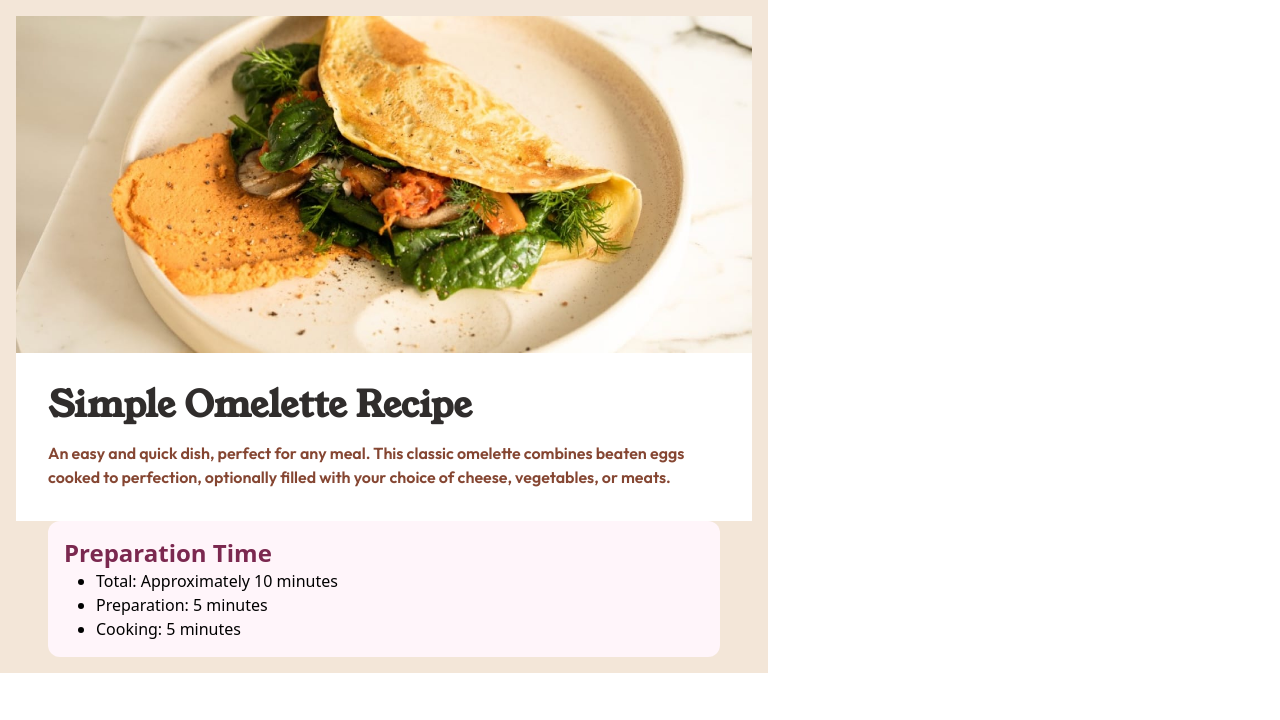
Repository: nivrii/recipe-page-main
Page: /
These files come from the project's save history. The page is drawn as it stood at one moment and after the next save; the edit follows.
The browser window is 1280 px wide. The pictures show the whole page.
The project was rebuilt for these pictures with package versions that can differ from the ones it lists, and the page was loaded fresh each time. Also part of the build but not shown: vite.config.js, src/index.css.

Above is the page before, as saved 2024-03-23 14:34:16.

After the next save:
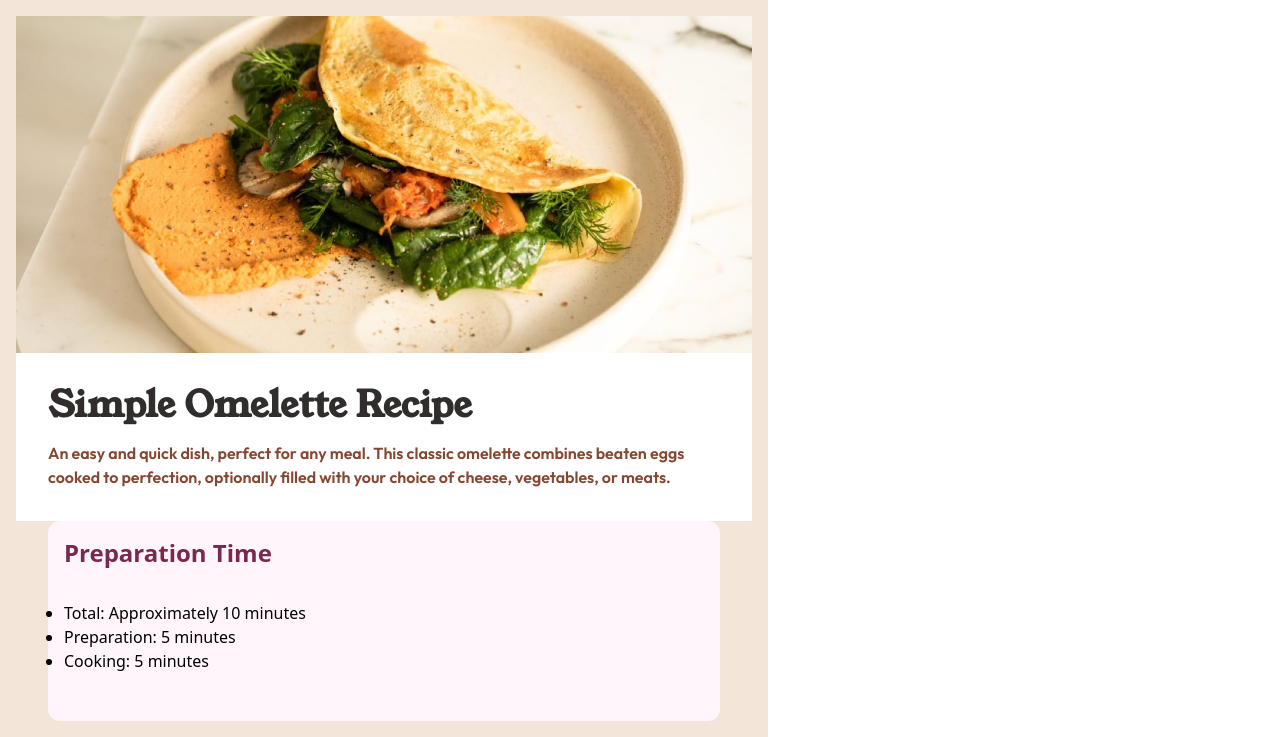
Saved 4 s later.
--- a/src/App.jsx
+++ b/src/App.jsx
@@ -21,7 +21,7 @@
         <h1 className="text-left text-darkRaspberry text-2xl font-bold">
           Preparation Time
         </h1>
-        <ul className="list-disc px-8">
+        <ul className="list-disc py-8">
           <li><span>Total:</span> Approximately 10 minutes</li>
           <li><span>Preparation:</span> 5 minutes</li>
           <li><span>Cooking:</span> 5 minutes</li>

After the save that followed:
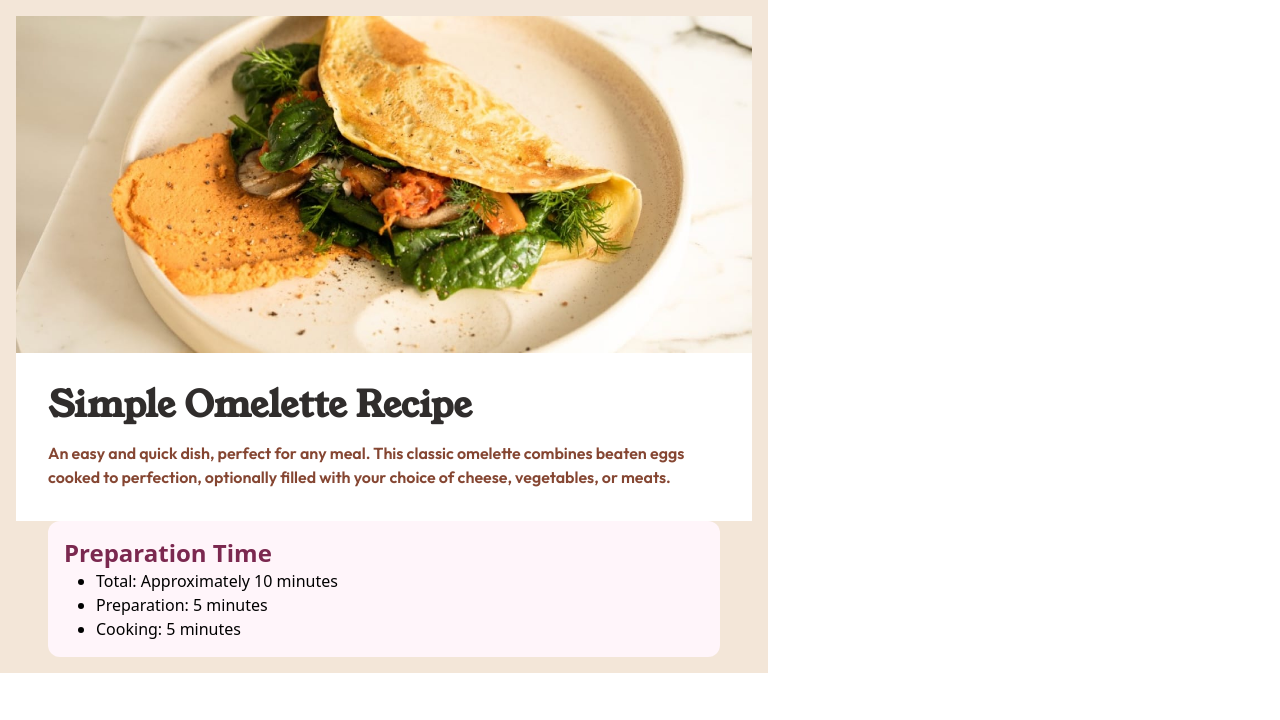
Saved 4 s later.
--- a/src/App.jsx
+++ b/src/App.jsx
@@ -21,7 +21,7 @@
         <h1 className="text-left text-darkRaspberry text-2xl font-bold">
           Preparation Time
         </h1>
-        <ul className="list-disc py-8">
+        <ul className="list-disc px-8">
           <li><span>Total:</span> Approximately 10 minutes</li>
           <li><span>Preparation:</span> 5 minutes</li>
           <li><span>Cooking:</span> 5 minutes</li>
